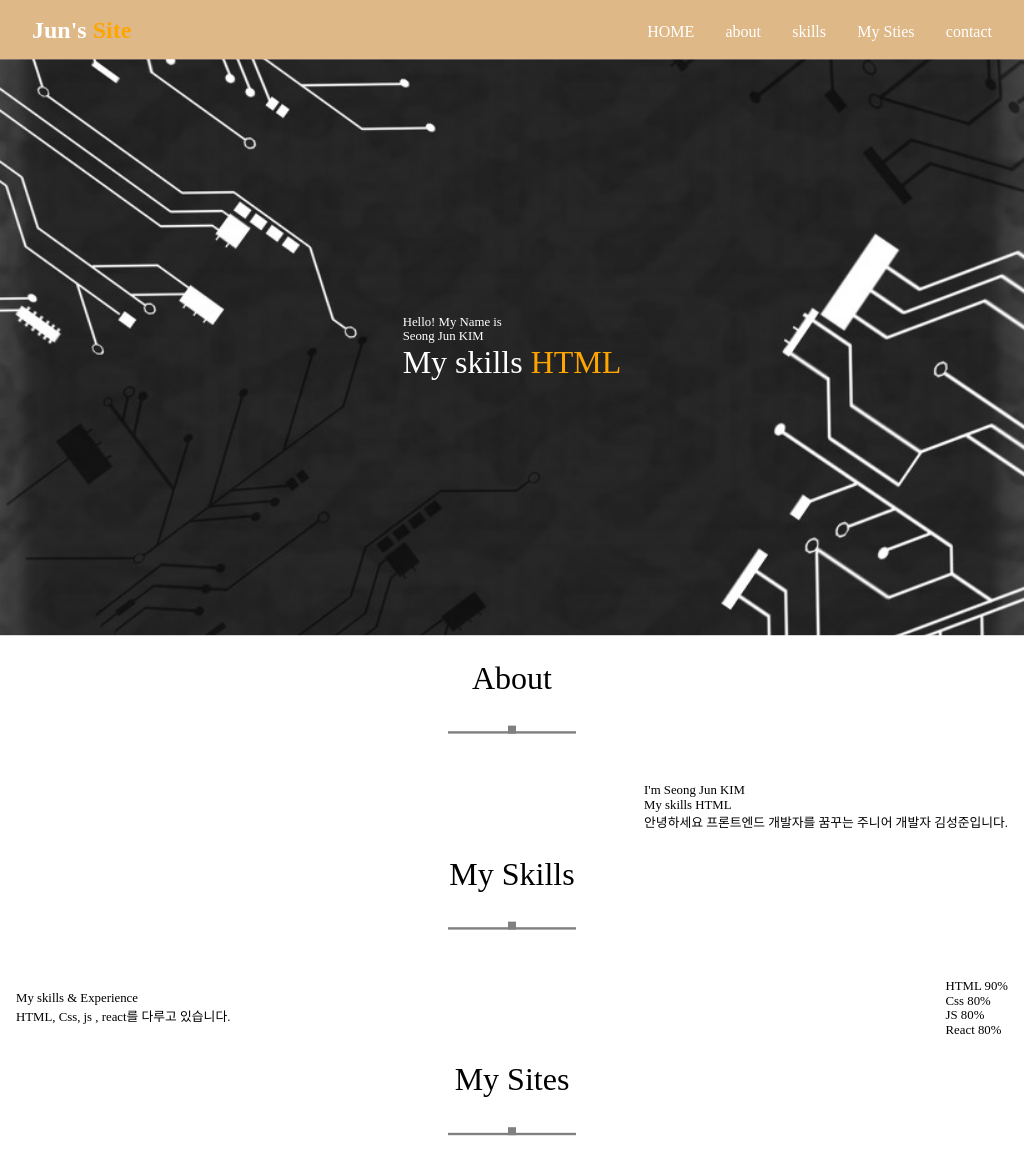
Repository: jun01270/jun
Page: index.html
An editor plug-in stored every save of this project. The page is shown before and after the next save, followed by the edit.
The browser window is 1280 px wide. The pictures show the part of the page from y = 0 to 1461 px (the page is 2474 px tall before and 2881 px after), at 80% of full size.
A picture or video elsewhere on the page could not be fetched, so the positions and the page height are approximate. Some web libraries are served in a nearby version.

Above is the page before, as saved 2023-05-10 12:43:43.

### index.html
<!DOCTYPE html>
<html lang="en">
  <head>
    <meta charset="UTF-8" />
    <meta http-equiv="X-UA-Compatible" content="IE=edge" />
    <meta name="viewport" content="width=device-width, initial-scale=1.0" />
    <link rel="stylesheet" href="./css/style.css" />
    <link rel="stylesheet" href="./css/home.css" />
    <script
      src="https://kit.fontawesome.com/252eac6dbf.js"
      crossorigin="anonymous"
    ></script>
    <title>Jun's site</title>
  </head>
  <body>
    <nav class="navbar">
      <div class="max-width">
        <div class="logo">
          <a href="#home">Jun's <span>Site</span></a>
        </div>
        <ul class="menu-bar">
          <li><a href="#home" class="menu-btn" id="homeID">HOME</a></li>
          <li><a href="#about" class="menu-btn" id="homeID">about</a></li>
          <li><a href="#skills" class="menu-btn">skills</a></li>
          <li><a href="#my-sites" class="menu-btn">My Sties</a></li>
          <li><a href="#contact" class="menu-btn">contact</a></li>
        </ul>
      </div>
    </nav>

    <!--home섹션-->
    <section class="home" id="home">
      <div class="max-width">
        <div class="home-section">
          <div class="text-1">Hello! My Name is</div>
          <div class="text-2">Seong Jun KIM</div>
          <div class="text-3">My skills <span class="typing1">HTML</span></div>
        </div>
      </div>
    </section>

    <!--about섹션-->
    <section class="about">
      <div class="max-width">
        <h2 class="title">About</h2>
        <div class="about-content">
          <div class="left-column"></div>
          <div class="right-column">
            <div class="about-text">I'm Seong Jun KIM</div>
            <div class="about-skills">
              My skills <span class="typing2">HTML</span>
            </div>
            <p>
              안녕하세요 프론트엔드 개발자를 꿈꾸는 주니어 개발자 김성준입니다.
            </p>
          </div>
        </div>
      </div>
    </section>

    <!--skills섹션-->
    <section class="skills">
      <div class="max-width">
        <h2 class="title">My Skills</h2>
        <div class="skills-content">
          <div class="left-column">
            <div class="skills-text">
              <div class="sub-title">My skills & Experience</div>
              <p>HTML, Css, js , react를 다루고 있습니다.</p>
            </div>
          </div>
          <div class="rigth-column">
            <div class="bars">
              <div class="bars-content">
                <span>HTML</span>
                <span>90%</span>
              </div>
              <div class="line-html"></div>
            </div>
            <div class="bars">
              <div class="bars-content">
                <span>Css</span>
                <span>80%</span>
              </div>
              <div class="line-css"></div>
            </div>
            <div class="bars">
              <div class="bars-content">
                <span>JS</span>
                <span>80%</span>
              </div>
              <div class="line-js"></div>
            </div>
            <div class="bars">
              <div class="bars-content">
                <span>React</span>
                <span>80%</span>
              </div>
              <div class="line-react"></div>
            </div>
          </div>
        </div>
      </div>
    </section>

    <!--My sties섹션-->
    <section class="my-sites">
      <div class="max-width">
        <h2 class="title">My Sites</h2>
        <div class="my-sites-content">
          <div class="left-column">
            <a href="https://web-jun.tistory.com/" target="_blank">
              <div class="site">
                <div class="site-images">
                  <img src="/img/blog.jpg" alt="" />
                  <div class="site-text">BLOG</div>
                  <p>개발하는 블로그입니다.</p>
                </div>
              </div>
            </a>
          </div>
          <div class="right-column">
            <a href="https://github.com/jun01270" target="_blank">
              <div class="site">
                <div class="site-images">
                  <img src="/img/github.jpg" alt="" />
                  <div class="site-text">BLOG</div>
                  <p>깃허브 사이트입니다.</p>
                </div>
              </div>
            </a>
          </div>
        </div>
      </div>
    </section>

    <!--Contact 섹션-->
    <section class="contact">
      <div class="max-width">
        <h2 class="title">Contact me</h2>
        <div class="contact-content">
          <div class="left-column">
            <div class="contact-text">My information</div>
            <p>
              동양미래대학교 컴퓨터소프트웨어공학과를 졸업하여 프론트엔드
              개발자가 되고싶은 주니어 개발자입니다.
            </p>
            <div class="icons-content">
              <i class="fas fa-user"></i>
              <div class="info">
                <div class="head">Name</div>
                <div class="tail">Seong Jun KIM</div>
              </div>
            </div>
            <div class="icons-content">
              <i class="fas fa-envelope"></i>
              <div class="info">
                <div class="head">E-mail</div>
                <div class="tail">kimsj012731@gmail.com</div>
              </div>
            </div>
            <div class="icons-content">
              <i class="fas fa-map-marked-alt"></i>
              <div class="info">
                <div class="head">Address</div>
                <div class="tail">경기도 광명시</div>
              </div>
            </div>
          </div>
          <div class="right-column">
            <div class="contact-text">Message Me!</div>
            <form action="#">
              <div class="fields">
                <div class="fields name">
                  <input type="text" placeholder="Name" />
                </div>
                <div class="fields Email">
                  <input type="email" placeholder="E-mail" />
                </div>
              </div>
              <div class="fields subject">
                <input type="text" placeholder="Subject" />
              </div>
              <div class="fields contact-area">
                <textarea
                  cols="30"
                  rows="10"
                  placeholder="Contact.. "
                  required
                ></textarea>
              </div>
              <div class="button">
                <button type="submit">Send Message</button>
              </div>
            </form>
          </div>
        </div>
      </div>
    </section>

    <!--Footer섹션-->
    <footer></footer>

    <!--JS섹션-->
  </body>
</html>

### css/style.css
@import url("https://fonts.googleapis.com/css2?family=Lora&display=swap");

* {
  margin: 0;
  padding: 0;
  box-sizing: border-box;
  text-decoration: none;
}

html {
  scroll-behavior: smooth;
}

.home .about .skills .my-sites .contact {
  padding-top: 86px;
}

.max-width {
  max-width: 1300px;
  padding: 0 20px;
  margin: auto;
}

.section {
  padding: 100px 0;
}

/* .about, .skills, .my-sites, .contact, .footer{
    //폰트삽입
} */

.title {
  position: relative;
  text-align: center;
  font-size: 40px;
  font-weight: 500;
  margin: 30px 0 100px 0;
  padding-bottom: 8px;
}

.title::before {
  content: "";
  position: absolute;
  bottom: -38px;
  left: 50%;
  width: 160px;
  height: 3px;
  background-color: gray;
  transform: translateX(-50%);
}

.title::after {
  content: "";
  position: absolute;
  bottom: -38px;
  left: 50%;
  font-size: 20px;
  color: rgb(255, 164, 45);
  padding: 5px;
  background-color: gray;
  transform: translateX(-50%);
}

.about .about-content,
.skills .skills-content,
.my-sites .my-sites-content,
.contact .contact-content {
  display: flex;
  align-items: center;
  flex-wrap: wrap;
  justify-content: space-between;
}

.navbar {
  position: relative;
  width: 100%;
  padding: 20px 0;
  z-index: 999;
  transition: all 0.3s ease;
  background-color: burlywood;
}

.navbar .max-width {
  display: flex;
  align-items: center;
  justify-content: space-between;
}

.navbar .logo {
  font-size: 30px;
  font-weight: 600;
  margin-left: 20px;
  color: black;
}

.navbar .logo a {
  color: white;
  text-decoration: none;
}

.navbar .logo a span {
  color: orange;
  transition: all 0.3s ease;
}

.navbar .menu-bar li {
  list-style: none;
  margin: 5px 20px 0 0;
  display: inline-block;
}

.navbar .menu-bar li a {
  display: block;
  text-decoration: none;
  font-size: 20px;
  font-weight: 500;
  margin-left: 15px;
  transition: all 0.3s ease;
}

.menu-bar li:hover {
  background-color: orange;
  border-radius: 3px;
}

.navbar.sticky {
  padding: 20px 0;
  background-color: black;
}

.navbar.sticky .logo a span {
  color: white;
}

.navbar.sticky .menu-bar li a:hover {
  color: white;
}

.navbar .menu-btn {
  color: white;
  font-size: 25px;
  display: none;
  cursor: pointer;
}

@media screen and (max-width: 700px) {
  .navbar {
    flex-direction: column;
    align-items: flex-start;
    margin: 0;
  }

  .menu-bar {
    flex-direction: column;
    align-items: center;
    width: 100%;
  }

  .menu-bar li {
    width: 100%;
    text-align: center;
  }
}

### css/home.css
.home {
  display: flex;
  height: 100vh;
  min-height: 500px;
  color: white;
  background: url("../img/back.jpg") no-repeat center;
  background-size: cover;
}

.home max-width {
  margin: auto 0 auto 40px;
}

.home .home-section .text1 {
  font-size: 30px;
}

.home .home-section .text2 {
  font-size: 75px;
  font-weight: 600;
}

.home .home-section .text-3 {
  font-size: 40px;
}

.home .home-section .text-3 span {
  color: orange;
  font-weight: 500;
}

### css/about.css
.about {
  padding: 100px 0;
  transition: all 0.3s ease;
}

.about .title::after {
  content: "Who I am";
}

.about .about-content {
  margin-bottom: 100px;
}

.about .about-content .left {
  width: 45%;
}

.about .about-content .left img {
  height: 400px;
  width: 400px;
  object-fit: cover;
  border-radius: 6px;
}

.about .about-content .right-column {
  width: 55%;
  margin-bottom: 50px;
}

.about .about-content .right-column .about-text,
.about .about-content .right-column .about-skills {
  font-size: 30px;
  font-weight: 600;
  margin-bottom: 10px;
}

.about .about-content .right-column .about-skills span {
  color: orange;
}

.about .about-content .right-column P {
  text-align: justify;
  font-size: 20px;
}

Loaded but not shown: css/contact.css (no stored copy; drawn as an empty file); css/skills.css (no stored copy; drawn as an empty file)

After the next save:
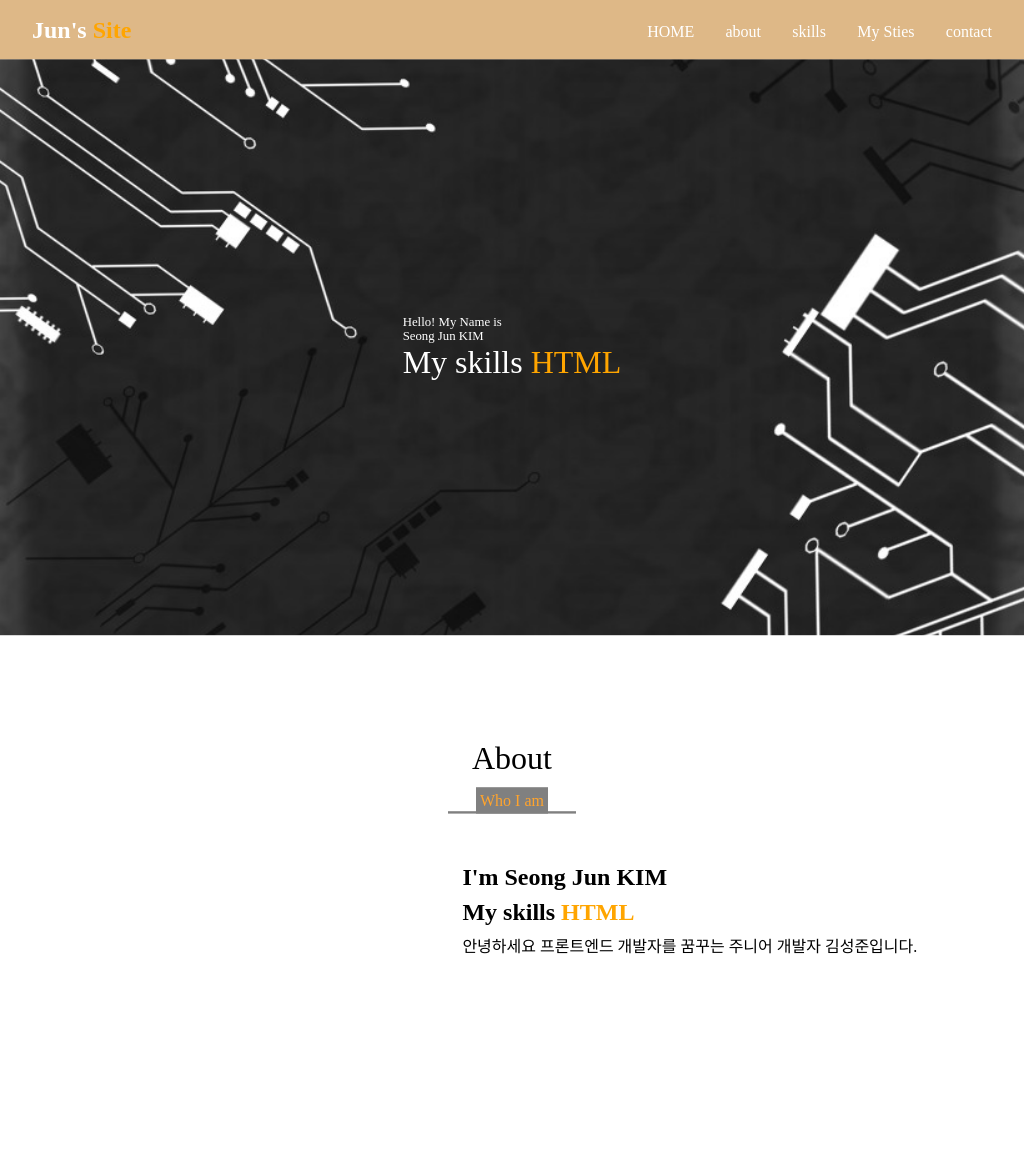
Saved 14 s later.
--- a/index.html
+++ b/index.html
@@ -6,6 +6,10 @@
     <meta name="viewport" content="width=device-width, initial-scale=1.0" />
     <link rel="stylesheet" href="./css/style.css" />
     <link rel="stylesheet" href="./css/home.css" />
+    <link rel="stylesheet" href="./css/about.css" />
+    <link rel="stylesheet" href="./css/contact.css" />
+    <link rel="stylesheet" href="./css/skills.css" />
+
     <script
       src="https://kit.fontawesome.com/252eac6dbf.js"
       crossorigin="anonymous"
